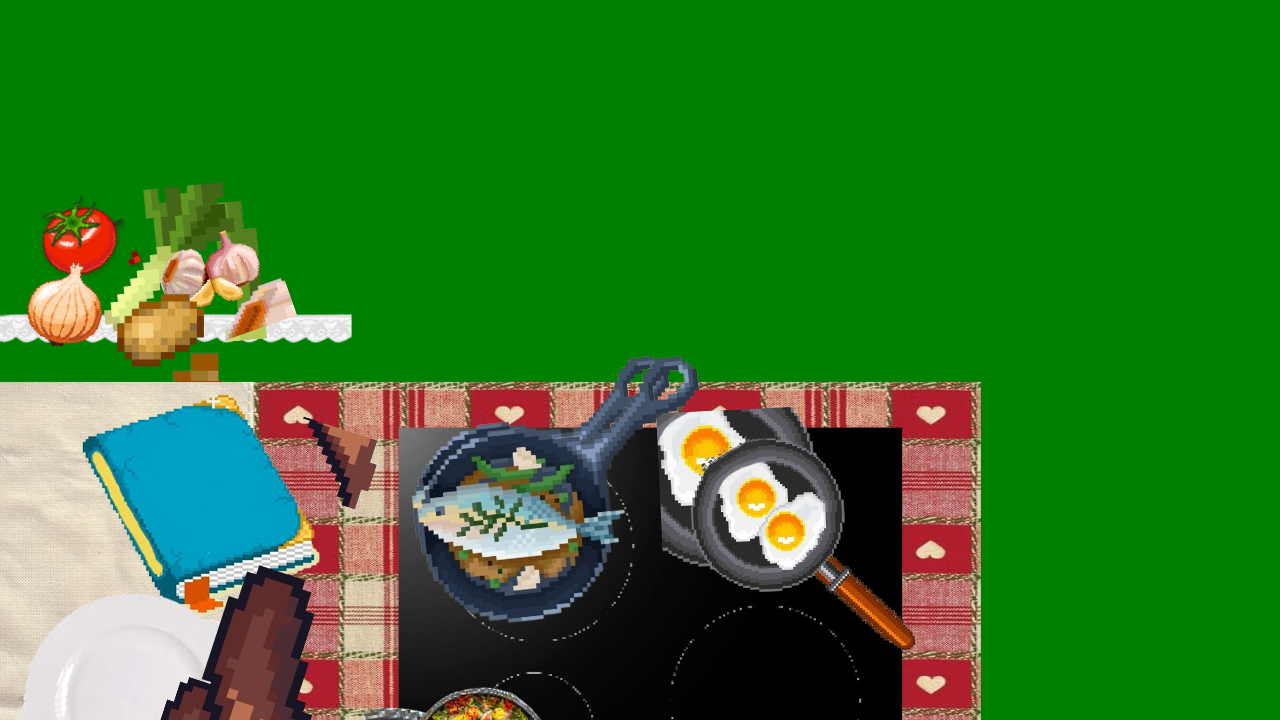
Repository: AJamdonuts/ToddyTalks
Page: playingaround2/pages/chefsujin.html
These files come from the project's save history. The page is drawn as it stood at one moment and after the next save; the edit follows.
The browser window is 1280 px wide. The pictures show the whole page.

Above is the page before, as saved 2025-11-26 19:57:42.

### playingaround2/pages/chefsujin.html
<!DOCTYPE html>
<html>
<head>
    <meta charset="UTF-8">
    <meta name="viewport" content="width=device-width, initial-scale=1">
    <link href="/playingaround2/styles/chefsujin.css" rel="stylesheet">
    <script src="/playingaround2/javascript/chefsujin.js" defer></script>
    <title>Chef Sujin</title>
    <link rel="icon" type="image/x-icon" href="/playingaround2/images/favicon.ico">
</head>
<body>
    <div class="canvas">
        <img src="/playingaround2/images/09362b8ce39beb85f830c3373e6b392c-removebg-preview.png" alt="Chef Sujin Banner" class="chef-sujin-banner">
        <img src="/playingaround2/images/b41e50d46e26e9463ce130b2da7a46aa.jpg" class="creamtexture">
        <img src="/playingaround2/images/check table cloth.jpg" class="checktablecloth">
        <img src="/playingaround2/images/pxArt-2.png" class="hob">
        <img src="/playingaround2/images/pixil-frame-0-removebg-preview 1.png" class="recipebook">
        <img src="/playingaround2/images/fishpan.png" class="fishpan">
        <img src="/playingaround2/images/leek-removebg-preview.png" class="leek">
        <img src="/playingaround2/images/garlic-removebg-preview.png" class="garlic">
        <img src="/playingaround2/images/d95fa1e62c663504736614e026fc4862-removebg-preview.png" class="potato">
        <img src="/playingaround2/images/pixil-frame-0-removebg-preview.png" class="eggpan" >
        <img src="/playingaround2/images/pxArt-2-removebg-preview.png" class="vegpan">
        <img src="/playingaround2/images/pxArt-removebg-preview.png" class="plate">
        <img src="/playingaround2/images/tomato-removebg-preview.png" class="tomato">
        <img src="/playingaround2/images/onion-removebg-preview.png" class="onion">
        <img src="/playingaround2/images/IMG_0236_2-removebg-preview.png" class="beararm1" >
        <img src="/playingaround2/images/IMG_0236-removebg-preview.png" class="beararm2" >
    </div>

</body>
</html>

### playingaround2/styles/chefsujin.css
html, body {
    margin: 0;
    padding: 0;
    /* Set to full viewport size */
    width: 100vw;
    height: 100vh;
    /* Prevent scrolling when the content goes beyond the max size */
    overflow: hidden;
}

/* Add a main container to hold all your absolutely positioned elements */
.canvas {
    position: relative;

    /* Set the maximum size */
    max-width: 1440px;
    max-height: 1024px;

    /* Set the initial size to be responsive */
    width: 100%;
    height: 100%;

    /* Scale the entire container down if the window is smaller than the max size.
       This is the core of making your fixed-pixel design responsive. */
    transform-origin: bottom left;
    transform: scale(var(--scale-factor, 1));
}

/* Use Flexbox on the body to center the .canvas element when it hits the max size */
body {
    display: flex;
    justify-content: center; /* Center horizontally */
    align-items: flex-end;    /* Center vertically */
    background-color: green; /* Move background color here */
}
.tomato {
    position: absolute;
    width: 133.75px;
    height: 133.75px;
    left: 45.02px;
    top: 55.06px;
    background: url(tomato-removebg-preview.png);
    filter: drop-shadow(0px 4px 4px rgba(0, 0, 0, 0.25));
    border-radius: 4px;
    transform: rotate(-24.58deg);
}

.potato {
    position: absolute;
    width: 165px;
    height: 165px;
    left: 146px;
    top: 161px;
    background: url(d95fa1e62c663504736614e026fc4862-removebg-preview.png);
}

.leek {
    position: absolute;
    width: 257.96px;
    height: 257.96px;
    left: 109.95px;
    top: 20px;
    background: url(leek-removebg-preview.png);
    transform: rotate(-5.62deg);
}

.garlic {
    position: absolute;
    width: 194.8px;
    height: 194.8px;
    left: 200.62px;
    top: 74.87px;
    background: url(garlic-removebg-preview.png);
    transform: rotate(-19.27deg);
}

.onion {
    position: absolute;
    width: 126.18px;
    height: 144.28px;
    left: 32px;
    top: 145.3px;
    background: url(onion-removebg-preview.png);
    transform: rotate(17.63deg);
    }

.recipebook {
    position: absolute;
    width: 392px;
    height: 392px;
    left: 90px;
    top: 302px;
}

.plate {
    position: absolute;
    width: 334.76px;
    height: 332.75px;
    left: 22px;
    top: 616px;
    background: url(pxArt-removebg-preview.png);
    transform: rotate(19.64deg);
}

.beararm1 {
    position: absolute;
    width: 448.49px;
    height: 883.17px;
    left: 132px;
    top: 374px;
    background: url(IMG_0236_2-removebg-preview.png);
    transform: matrix(0.95, 0.31, 0.31, -0.95, 0, 0);
}

.beararm2 {
    position: absolute;
    width: 348.8px;
    height: 764.5px;
    left: 1062px;
    top: 623px;
    background: url(IMG_0236-removebg-preview.png);
    transform: matrix(0.99, -0.13, -0.13, -0.99, 0, 0);
}

.fishpan {
    position: absolute;
    width: 546.95px;
    height: 546.95px;
    left: 532px;
    top: 257px;
    background: url(fishpan.png);
    transform: rotate(-6.22deg);
}

.eggpan {
    position: absolute;
    width: 396px;
    height: 396px;
    left: 942.44px;
    top: 362.44px;
    background: url(pixil-frame-0-removebg-preview.png);
    transform: rotate(177.33deg);
}

.vegpan {
    position: absolute;
    width: 207px;
    height: 310px;
    left: 580.54px;
    top: 703.1px;
    background: url(pxArt-2-removebg-preview.png);
    transform: rotate(81.24deg);
}

.hob {
position: absolute;
width: 716px;
height: 632px;
left: 567px;
top: 392px;
background: url(pxArt-2.png);
}

.creamtexture {
    position: absolute;
    width: 476px;
    height: 724px;
    left: -115px;
    top: 327px;
    background: url(b41e50d46e26e9463ce130b2da7a46aa.jpg);
}

.checktablecloth {
    position: absolute;
    width: 1034px;
    height: 697px;
    left: 361px;
    top: 327px;
}

html, body {
    margin: 0;
    padding: 0;
    width: 100vw;
    height: 100vh;
    overflow: hidden;
}

body {
    display: flex;
    justify-content: center;
    align-items: center;
}

.canvas {
    position: relative;
    width: 100vw;
    height: 100vh;
    min-height: auto;
}

### playingaround2/javascript/chefsujin.js
function calculateScaleFactor() {
    // Define the original design dimensions
    const DESIGN_WIDTH = 1440;
    const DESIGN_HEIGHT = 1024;

    // Get the current viewport dimensions
    const viewportWidth = window.innerWidth;
    const viewportHeight = window.innerHeight;

    // Calculate the scale factor for both dimensions
    const widthScale = viewportWidth / DESIGN_WIDTH;
    const heightScale = viewportHeight / DESIGN_HEIGHT;

    // Use the smaller scale factor to ensure everything fits inside the window
    const scaleFactor = Math.min(widthScale, heightScale);

    // Get the .canvas element
    const canvas = document.querySelector('.canvas');

    // Apply the scale factor as a CSS variable
    if (canvas) {
        // If the viewport is larger than the design max, don't scale up past 1
        const finalScale = Math.min(scaleFactor, 1);
        canvas.style.setProperty('--scale-factor', finalScale);

        // Additionally, set the fixed width/height so the centering works correctly
        canvas.style.width = `${DESIGN_WIDTH}px`;
        canvas.style.height = `${DESIGN_HEIGHT}px`;
    }
}

// Run on load and on every window resize
window.addEventListener('resize', calculateScaleFactor);
document.addEventListener('DOMContentLoaded', calculateScaleFactor);

After the next save:
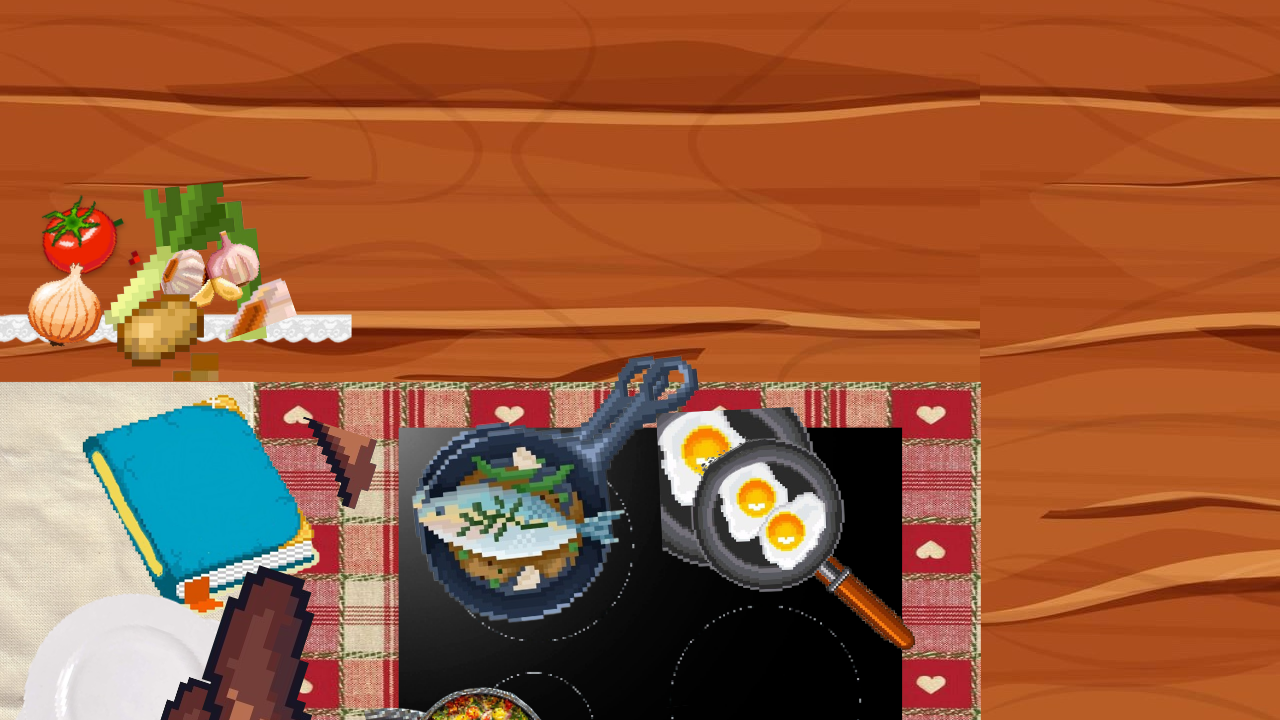
Saved 7 min 11 s later.
--- a/playingaround2/styles/chefsujin.css
+++ b/playingaround2/styles/chefsujin.css
@@ -1,27 +1,18 @@
 html, body {
     margin: 0;
     padding: 0;
-    /* Set to full viewport size */
     width: 100vw;
     height: 100vh;
-    /* Prevent scrolling when the content goes beyond the max size */
     overflow: hidden;
 }
 
 /* Add a main container to hold all your absolutely positioned elements */
 .canvas {
     position: relative;
-
-    /* Set the maximum size */
     max-width: 1440px;
     max-height: 1024px;
-
-    /* Set the initial size to be responsive */
     width: 100%;
     height: 100%;
-
-    /* Scale the entire container down if the window is smaller than the max size.
-       This is the core of making your fixed-pixel design responsive. */
     transform-origin: bottom left;
     transform: scale(var(--scale-factor, 1));
 }
@@ -31,7 +22,15 @@ body {
     display: flex;
     justify-content: center; /* Center horizontally */
     align-items: flex-end;    /* Center vertically */
-    background-color: green; /* Move background color here */
+    background-image: url('/playingaround2/images/kitchencounter.jpg'); /* Move background color here */
+    background-position-x: initial;
+    background-position-y: initial;
+    background-size: initial;
+    background-repeat: initial;
+    background-attachment: initial;
+    background-origin: initial;
+    background-clip: initial;
+    background-color: initial;
 }
 .tomato {
     position: absolute;
@@ -192,6 +191,29 @@ body {
     align-items: center;
 }
 
+/* ====================================================================
+     Utility class: tiled background (small scale / repeated like a tile)
+
+     Usage:
+         - Add `class="tiled-bg"` to <body> or a container in your HTML
+         - Control the tile size by setting --tile-size (e.g. 80px or 150px)
+
+     Examples:
+         <body class="tiled-bg"> ... </body>
+         or
+         <div class="canvas tiled-bg"> ... </div>
+==================================================================== */
+.tiled-bg {
+        /* same image used elsewhere in this stylesheet; root-path (/) keeps your existing linking */
+        background-image: url('/playingaround2/images/kitchencounter.jpg');
+        background-repeat: repeat;        /* repeat the image as tiles */
+        background-position: top left;    /* start tiling from the top-left */
+        /* small tile size — change this via the CSS variable --tile-size */
+        background-size: var(--tile-size, 150px);
+        /* useful fallback: a background color behind tiles */
+        background-color: #f7f6f3;
+}
+
 .canvas {
     position: relative;
     width: 100vw;
